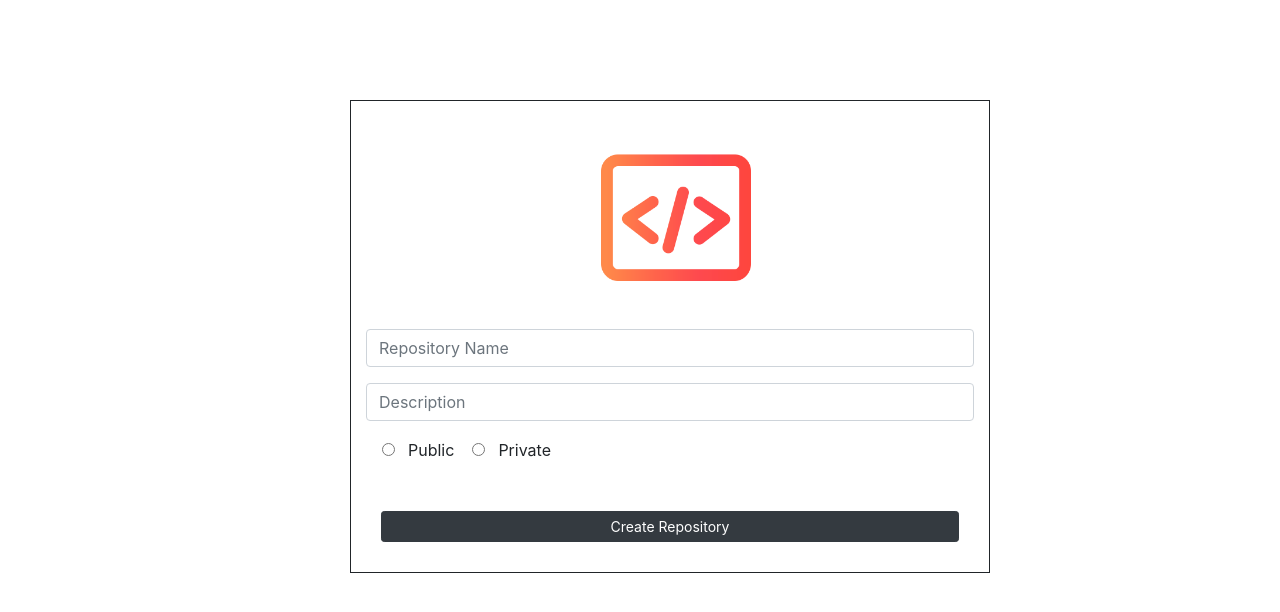
Repository: rashmikagamage/OAuth-Implementation
Page: /auth/github/callback (app in frontend/)
An editor plug-in stored every save of this project. The page is shown before and after the next save, followed by the edit.
The browser window is 1280 px wide. The pictures show the whole page.
Some web libraries are served in a nearby version. The project was rebuilt for these pictures with package versions that can differ from the ones it lists, and the page was loaded fresh each time. Also part of the build but not shown: frontend/src/css/twitter.css, frontend/src/components/login.js, frontend/src/components/twitter-home.js, frontend/src/components/login-git.js, frontend/src/App.css.

Above is the page before, as saved 2021-09-08 17:55:45.

After the next save:
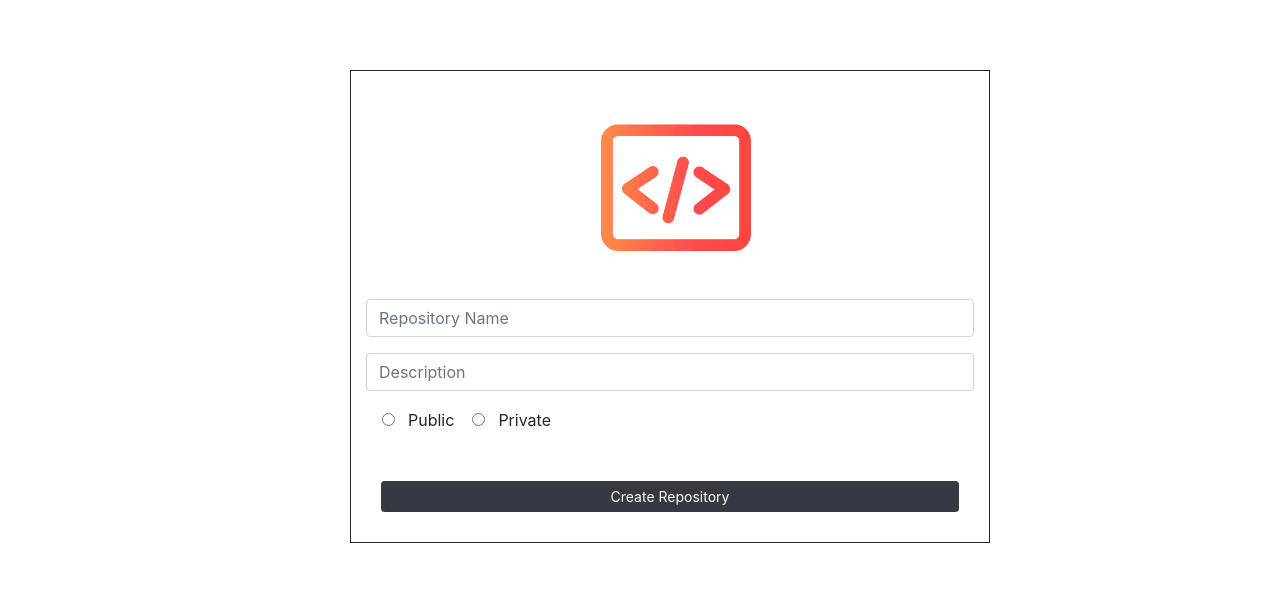
Saved 5 s later.
--- a/frontend/src/css/git.css
+++ b/frontend/src/css/git.css
@@ -1,5 +1,5 @@
 .main{
-  margin-top: 100px;
+  margin-top: 70px;
   margin-left: 350px;
   width: 50%;
   border-style: solid;
